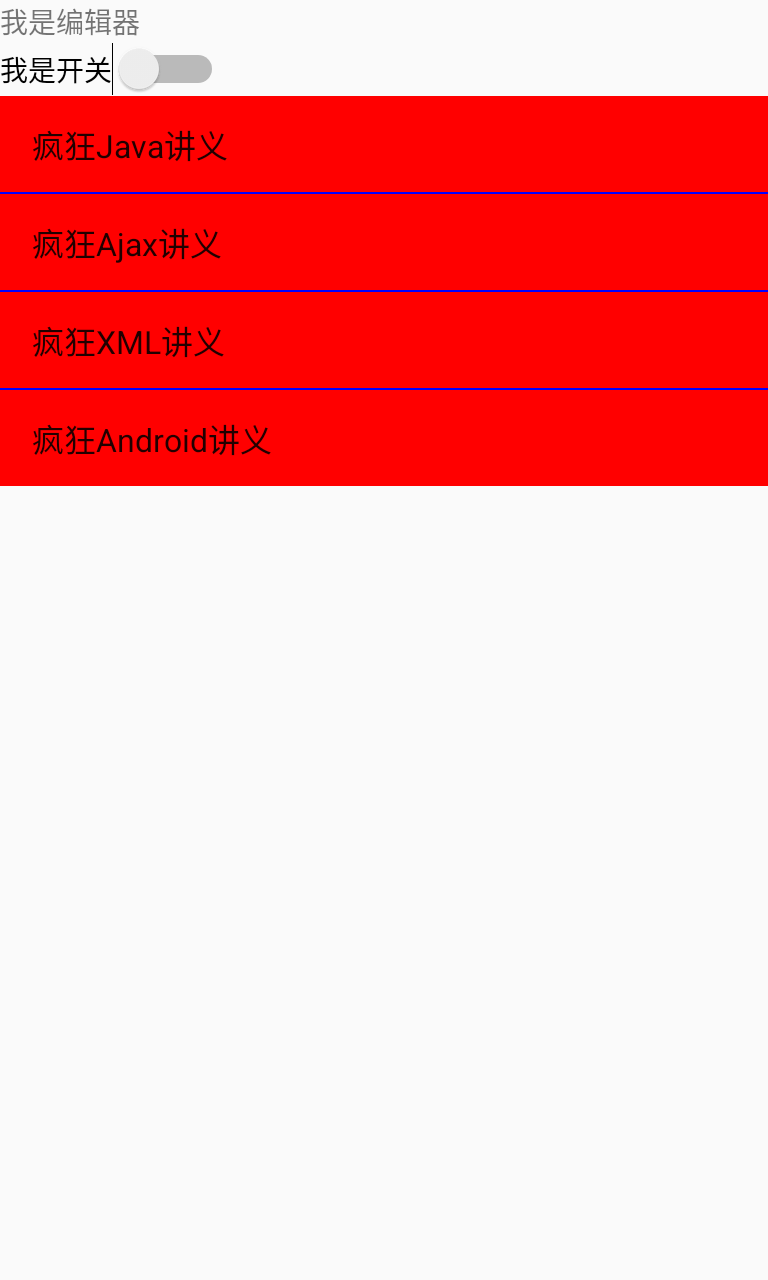
Repository: BingoBinBingo/androidWorkPlace
Layout: firstAndroid/res/layout/activity_main.xml
An editor plug-in stored every save of this project. The layout is shown before and after the next save, followed by the edit.
It is drawn on a 768 x 1280 px phone screen (xhdpi) without system bars, with theme AppTheme; the app's code is not run. Lists and similar views that code fills are empty.

Above is the layout before, as saved 2015-08-26 09:35:56.

After the next save:
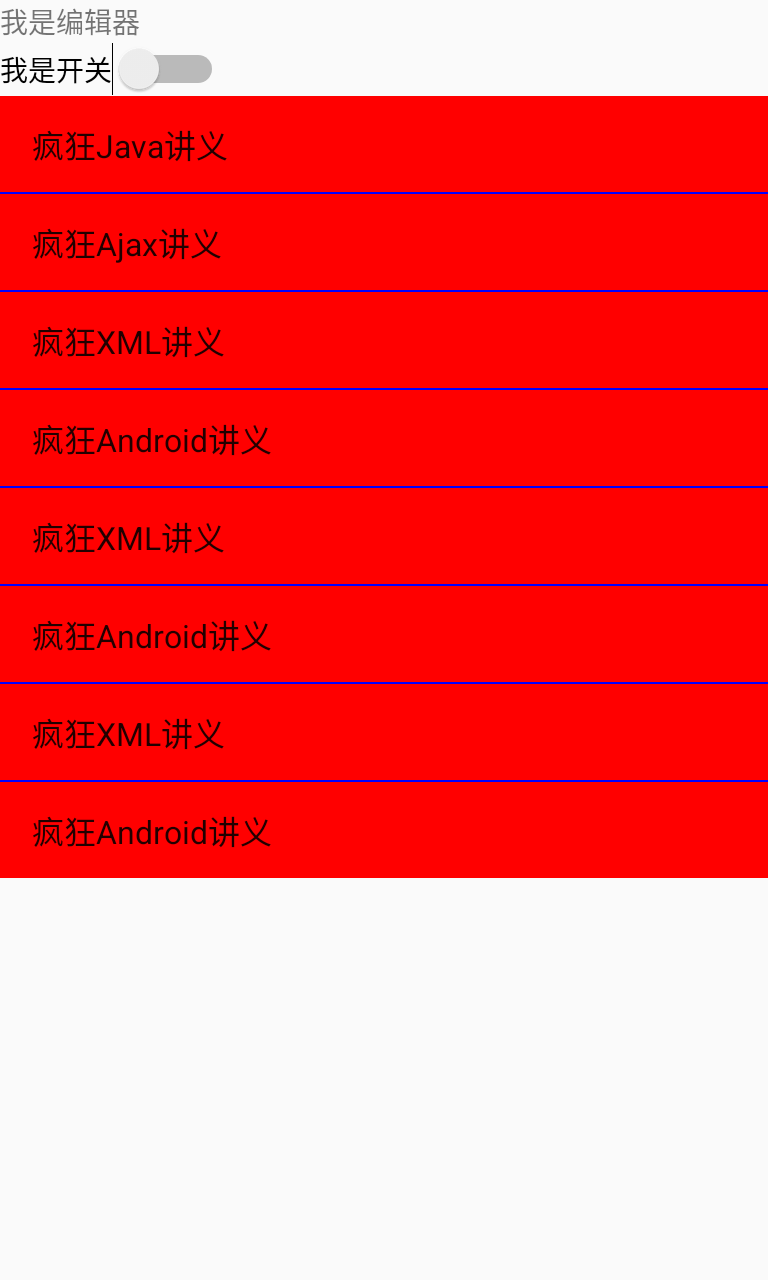
Saved 70 s later.
--- a/firstAndroid/res/values/arrays.xml
+++ b/firstAndroid/res/values/arrays.xml
@@ -5,5 +5,9 @@
 		<item>疯狂Ajax讲义</item>
 		<item>疯狂XML讲义</item>
 		<item>疯狂Android讲义</item>
+		<item>疯狂XML讲义</item>
+		<item>疯狂Android讲义</item>
+		<item>疯狂XML讲义</item>
+		<item>疯狂Android讲义</item>
 	</string-array>
 </resources>
